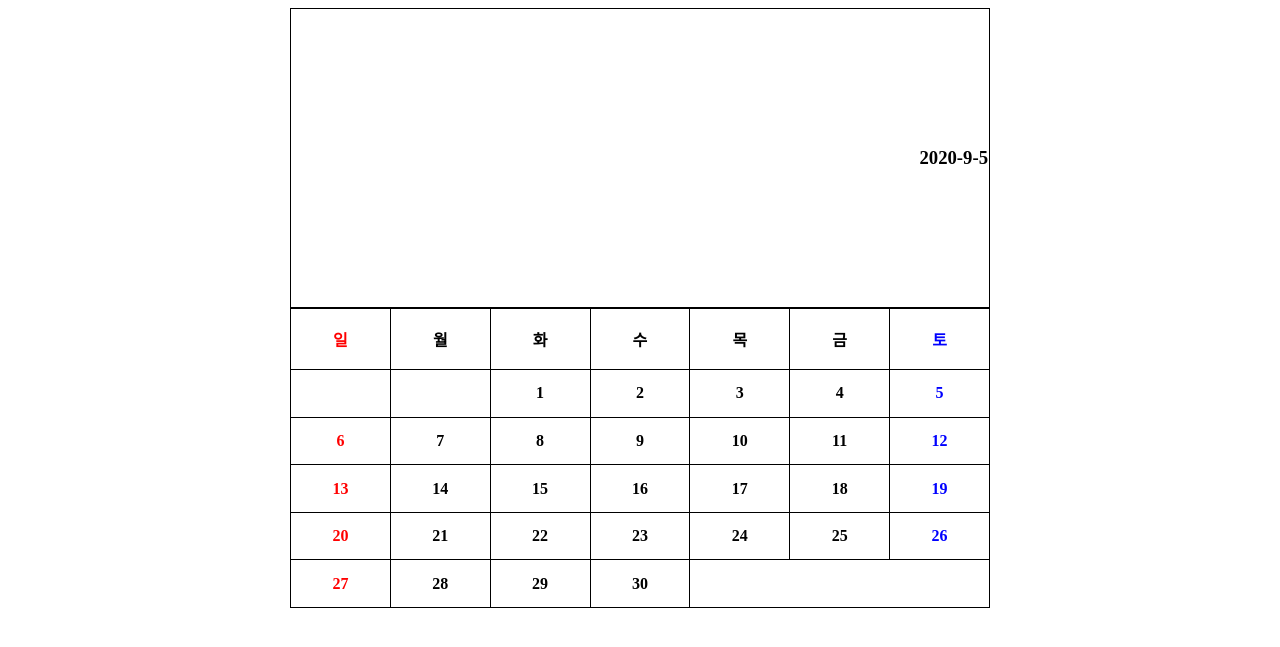
Repository: gyungmean/2020_2_webProgramming
Page: http://localhost/week6/Practice19/Practice19.jsp
An editor plug-in stored every save of this project. The page is shown before and after the next save, followed by the edit.
The browser window is 1280 px wide. The pictures show the whole page.
The page is served by Tomcat 9.

Above is the page before, as saved 2020-10-26 14:06:14.

After the next save:
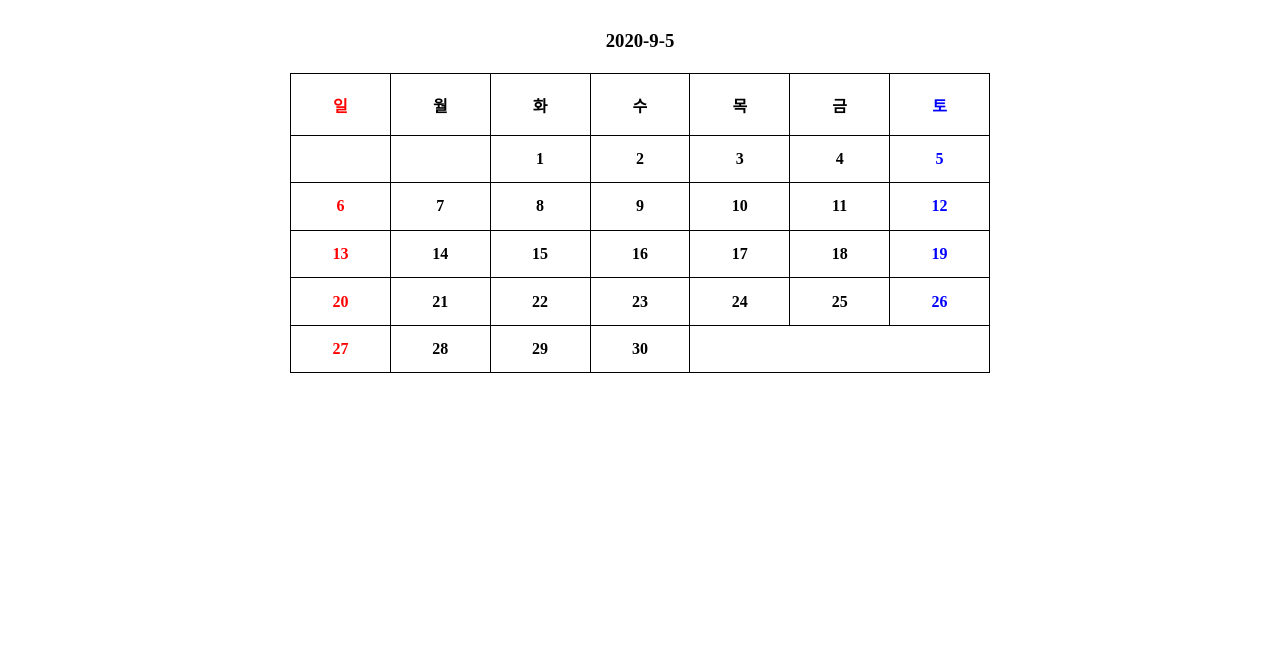
Saved 10 s later.
--- a/week6/week6/WebContent/Practice19/Practice19.jsp
+++ b/week6/week6/WebContent/Practice19/Practice19.jsp
@@ -45,7 +45,7 @@
 	cal.set(year, month - 1, 1);
 	int date = today.get(Calendar.DATE);
 	out.println("<div align=\"center\">");
-	out.println("<table class=\"cal\">");
+	out.println("<table>");
 	out.println("<tr>");
 	out.println("<td><h3>" + year + "-" + month + "-" + date + "</h3></td>");
 	out.println("</tr>");
